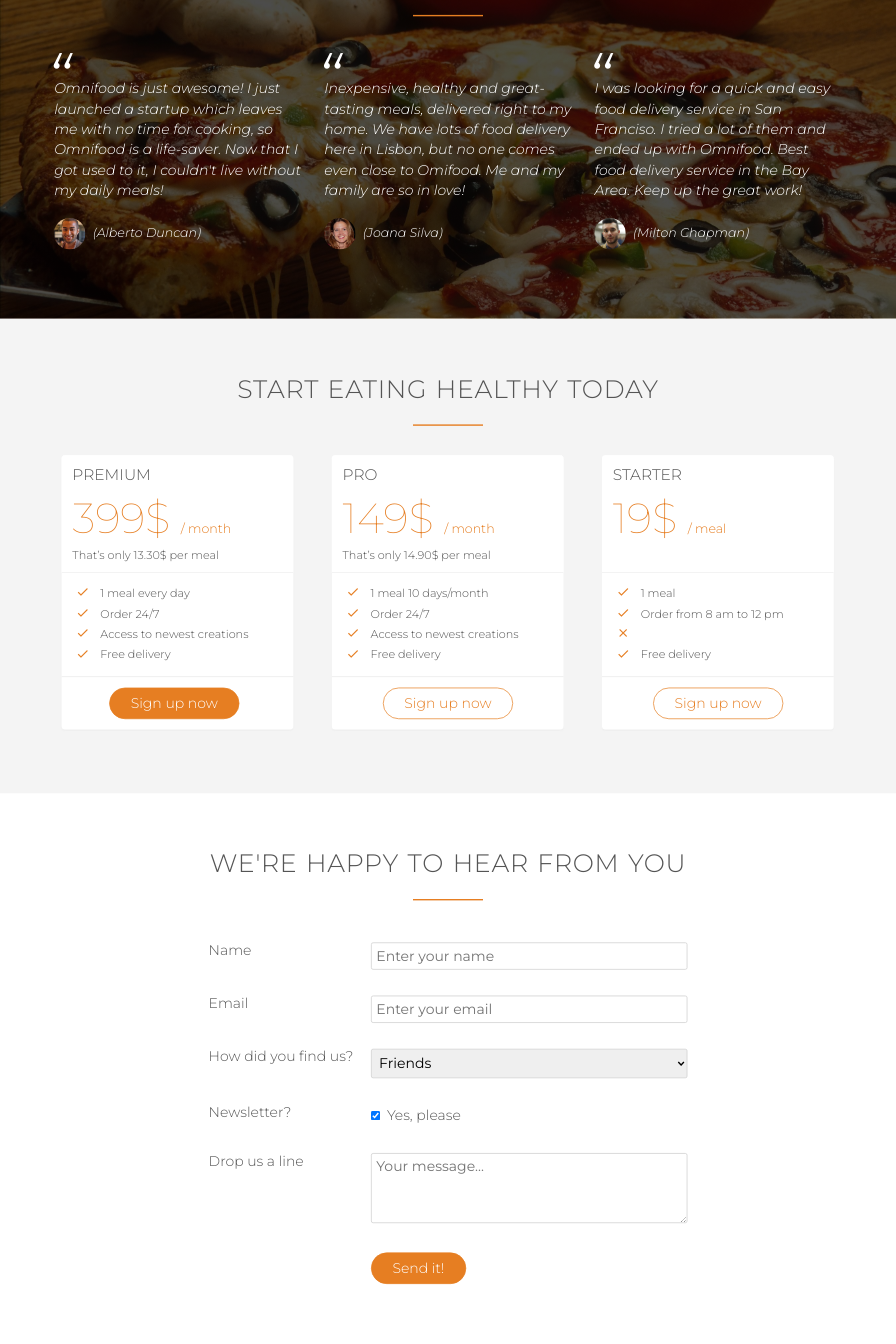
Repository: bbaryn/tasty-food-page
Page: index.html
The author's editor kept a copy of each file at every save. The page is drawn from the files as they stood at one save, then again after the next save.
The browser window is 1280 px wide. The pictures show the part of the page from y = 3456 to 5376 px (the page is 5376 px tall before and 5196 px after), at 70% of full size.
Backgrounds fixed to the window are drawn as part of the page.

Above is the page before, as saved 2019-03-28 11:19:06.

After the next save:
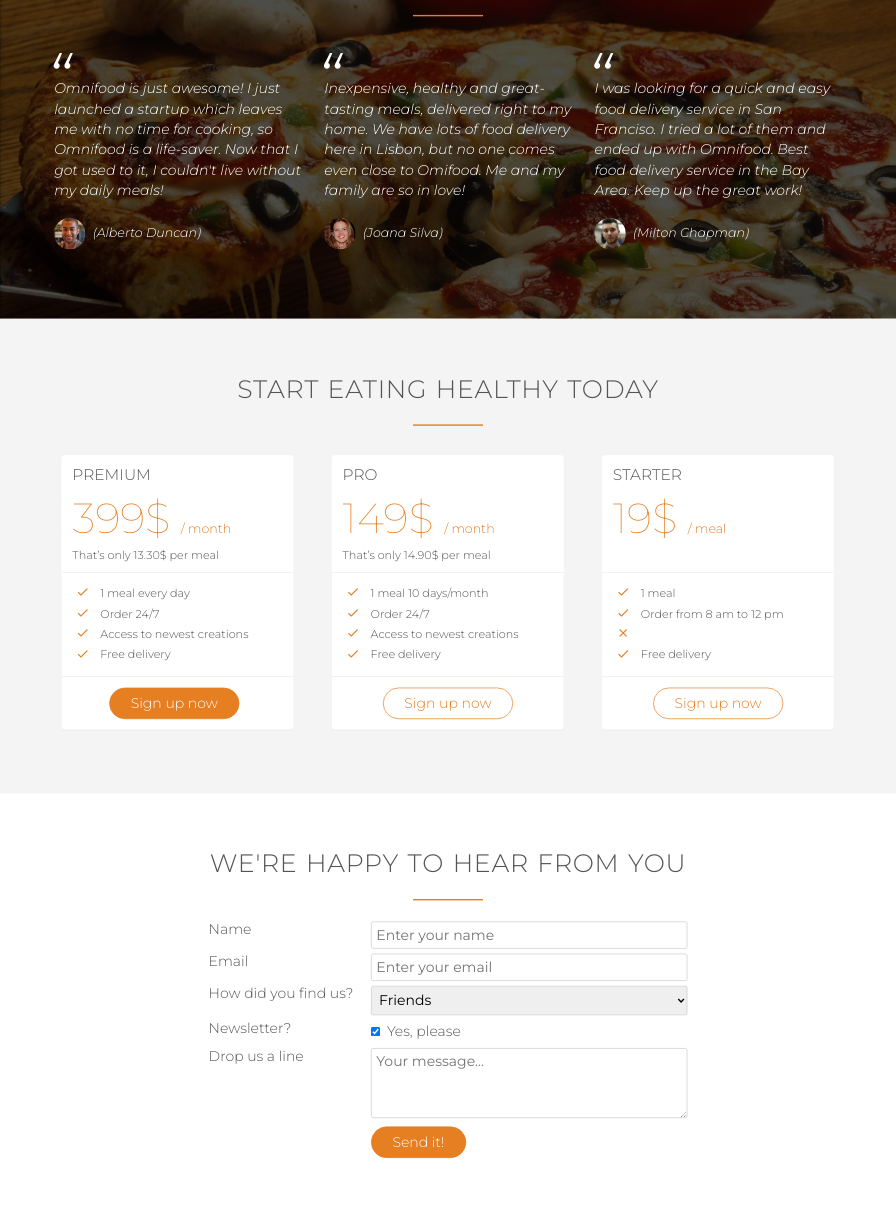
Saved 11 s later.
--- a/resources/css/style.css
+++ b/resources/css/style.css
@@ -474,7 +474,7 @@
 }
 
 .contact-form div.col {
-    margin-top: 30px;
+    margin-top: 0;
 }
 
 textarea {
